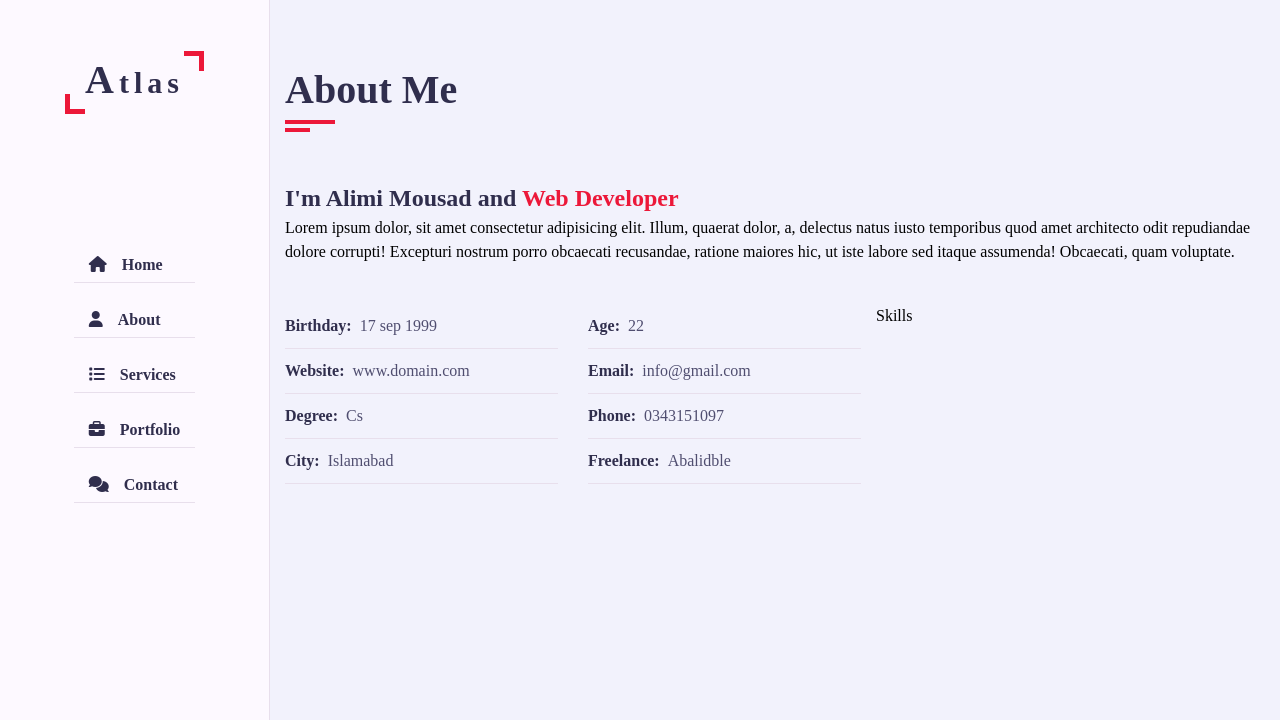
Repository: luanhoang0902/portfolio-ui
Page: index.html
These files come from the project's save history. The page is drawn as it stood at one moment and after the next save; the edit follows.
The browser window is 1280 px wide. The pictures show the whole page.
Some web fonts or font styles are not loaded; a fallback is used. Some web libraries are served in a nearby version.

Above is the page before, as saved 2022-06-02 16:16:46.

After the next save:
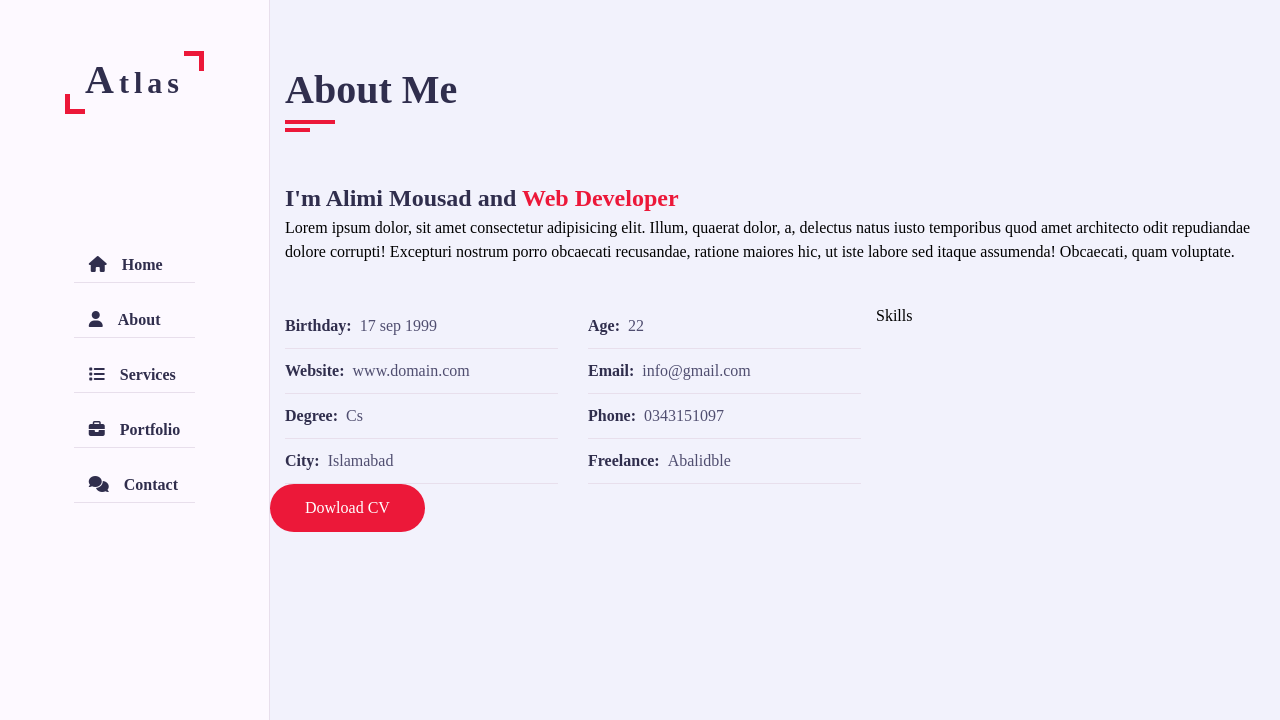
Saved 63 s later.
--- a/index.html
+++ b/index.html
@@ -97,6 +97,11 @@
                         <p>Freelance: <span>Abalidble</span></p>
                       </div>
                     </div>
+                    <div class="row">
+                      <div class="buttons">
+                        <a href="#" class="btn">Dowload CV</a>
+                      </div>
+                    </div>
                   </div>
                   <div class="skills">Skills</div>
                 </div>
